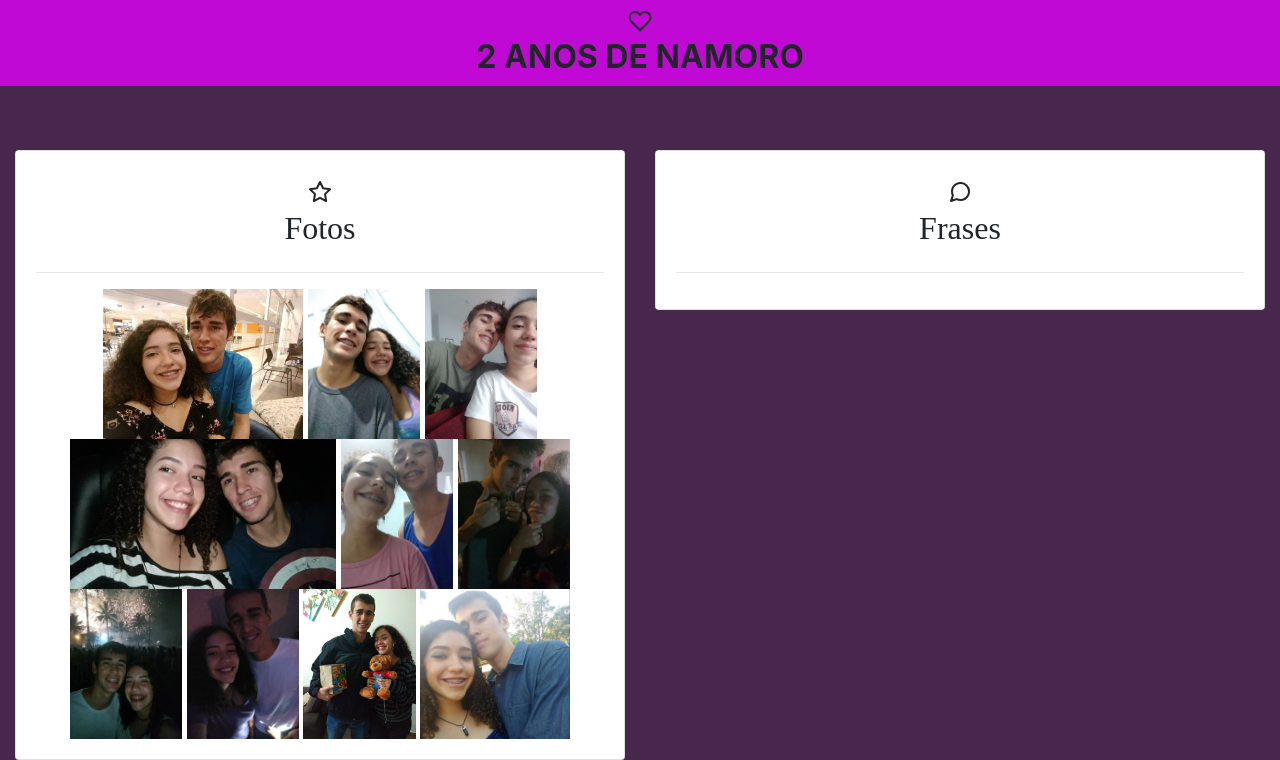
Repository: MeuAmor/meuamor.github.io
Page: index.html
An editor plug-in stored every save of this project. The page is shown before and after the next save, followed by the edit.
The browser window is 1280 px wide. The pictures show the whole page.

Above is the page before, as saved 2019-08-20 23:09:03.

After the next save:
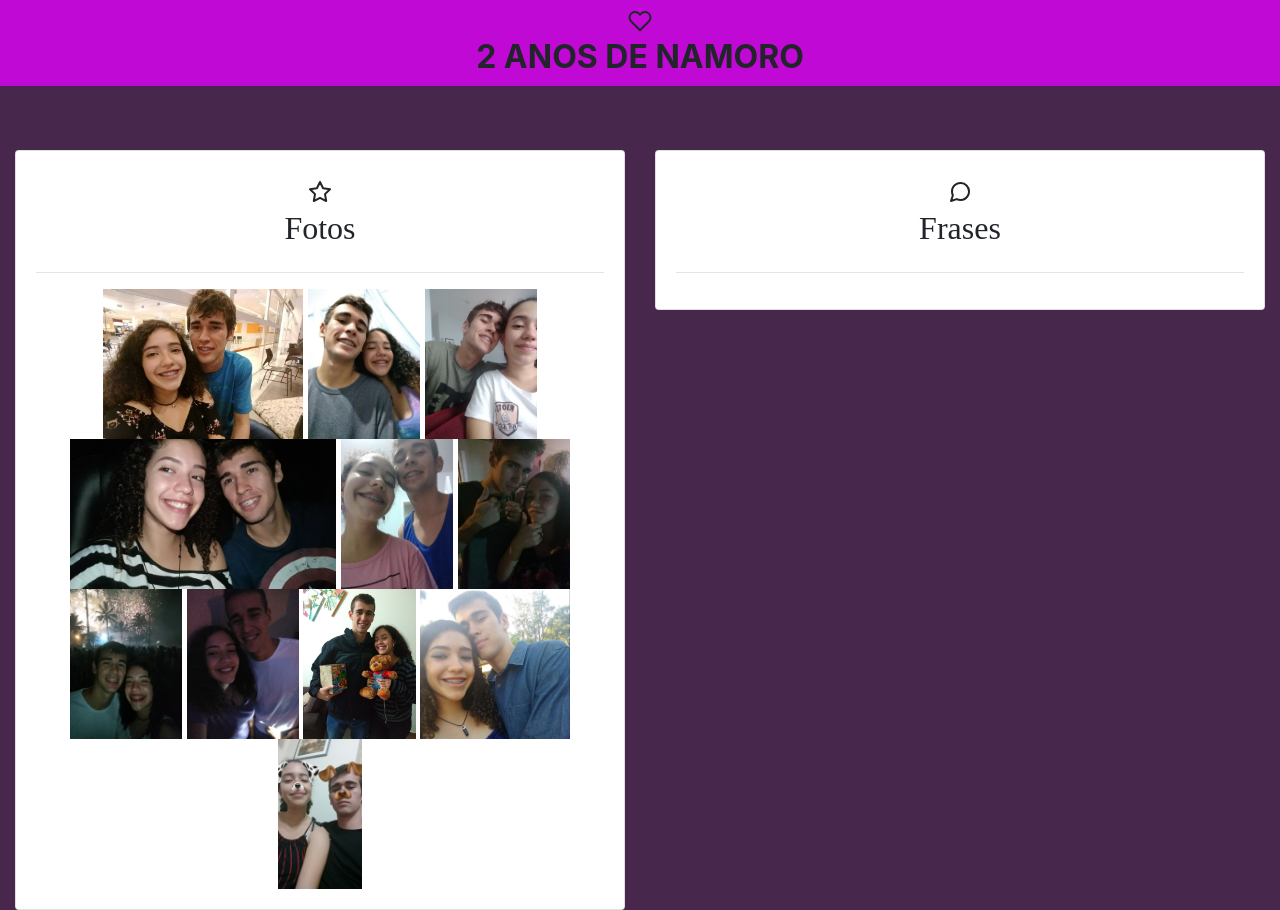
Saved 54 s later.
--- a/index.html
+++ b/index.html
@@ -100,6 +100,7 @@
                     <img src="imagens/5.jpg" alt="" height="150px;">
                     <img src="imagens/6.jpg" alt="" height="150px;">
                     <img src="imagens/7.jpg" alt="" height="150px;">
+                    <img src="imagens/8.jpg" alt="" height="150px;">
                 </div>
                 <!-- <br>
                 <svg xmlns="http://www.w3.org/2000/svg" width="24" height="24" viewBox="0 0 24 24">
